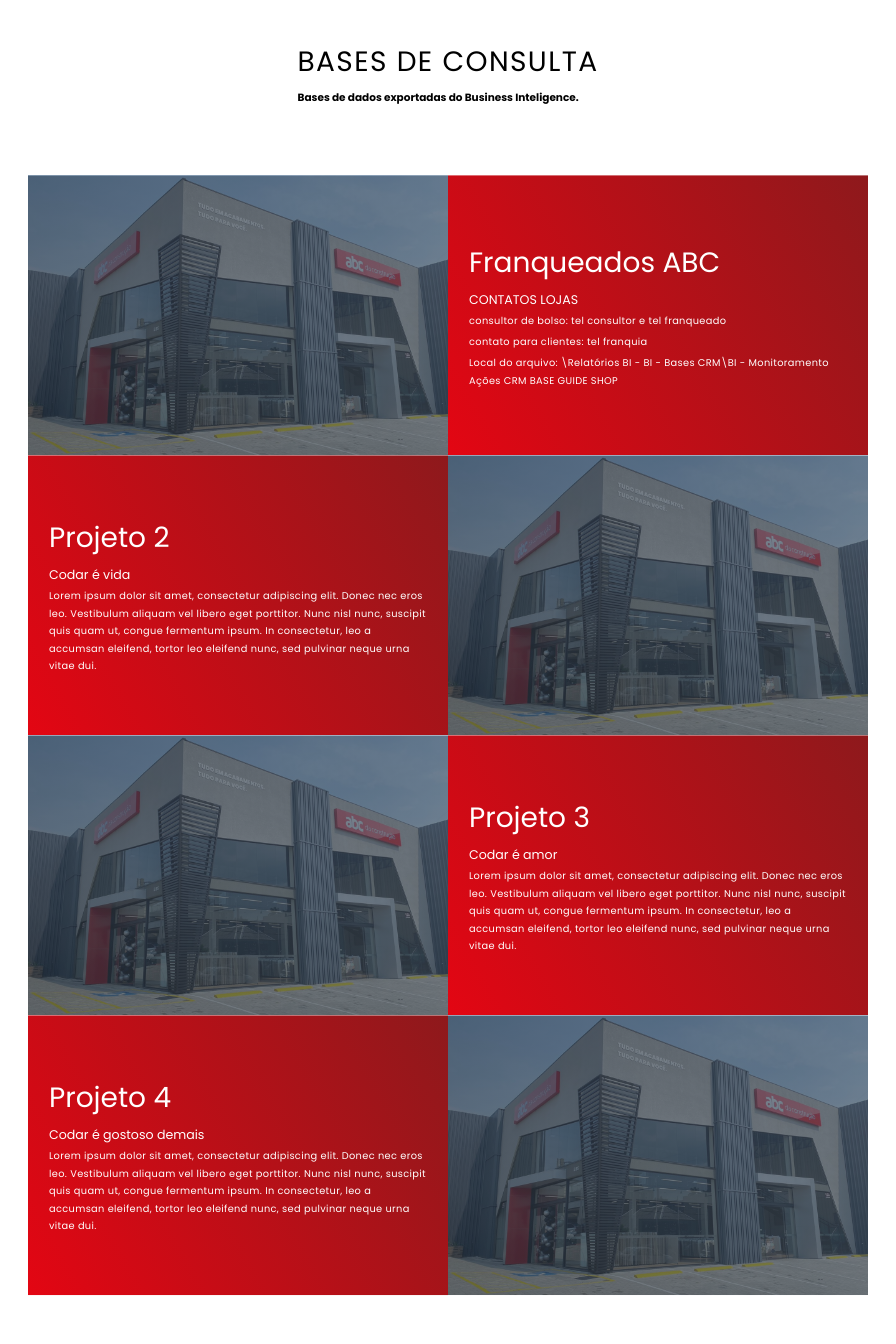
Repository: douglasabnovato/apresentacao
Page: index.html
These files come from the project's save history. The page is drawn as it stood at one moment and after the next save; the edit follows.
The browser window is 1280 px wide. The pictures show the part of the page from y = 1966 to 3886 px (the page is 13502 px tall), at 70% of full size.

Above is the page before, as saved 2025-01-14 17:01:05.

After the next save:
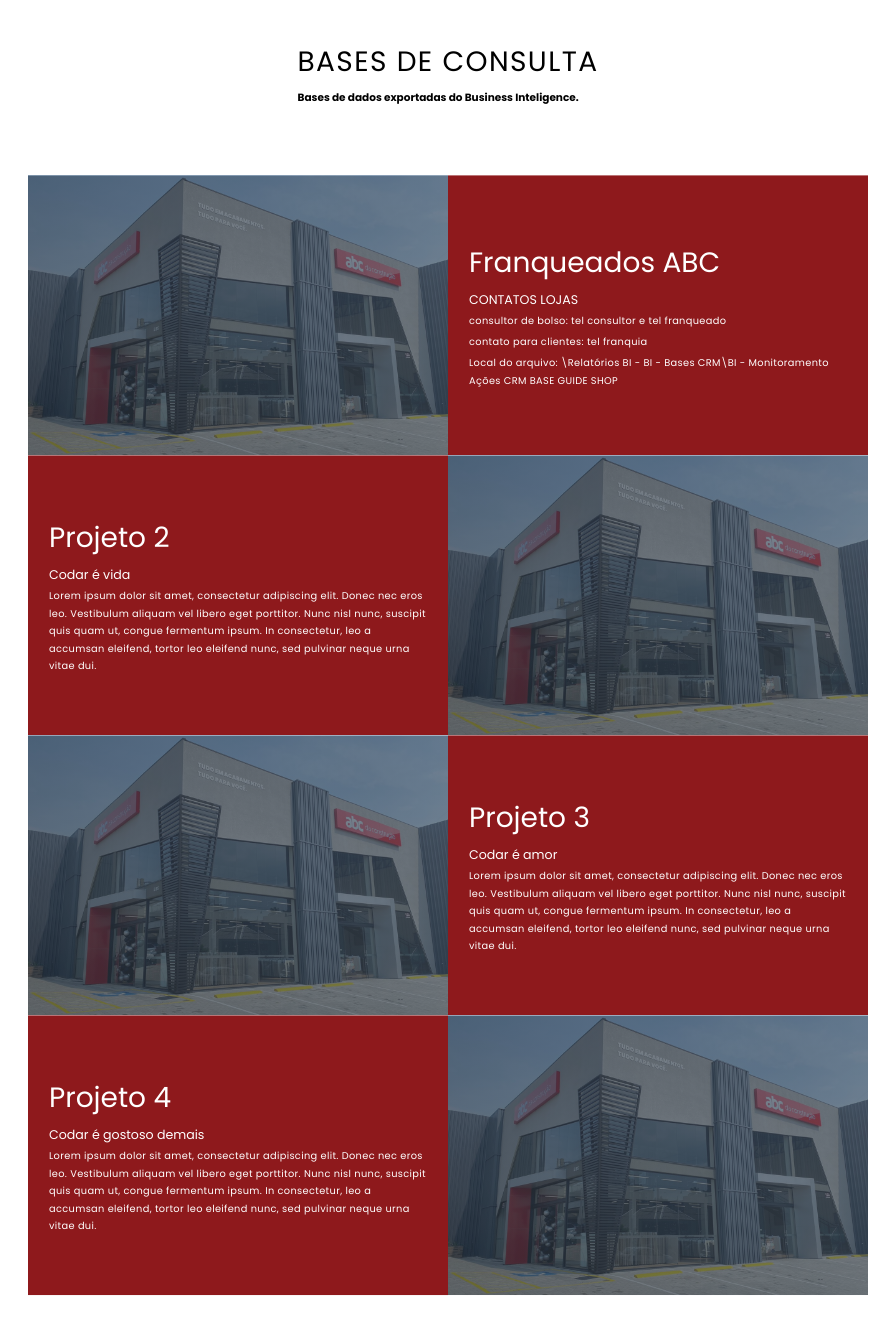
Saved 18 s later.
--- a/style.css
+++ b/style.css
@@ -278,7 +278,7 @@ p {
   align-items: flex-start;
   justify-content: center;
   flex-direction: column;
-  background-image: linear-gradient(60deg, #E30613 0%, #8E191C 100%);
+  background-image: linear-gradient(60deg, #8E191C 0%, #8E191C 100%);
   color: white;
 }
 
